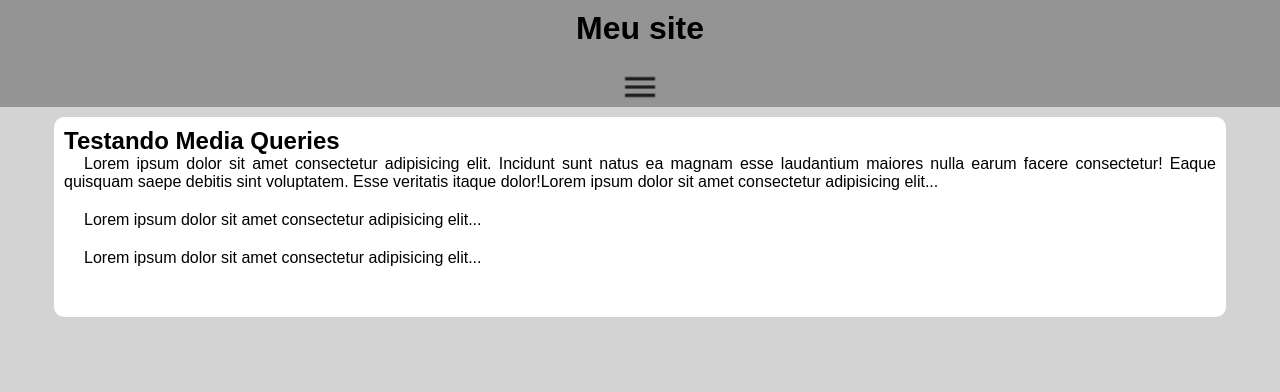
Repository: Sandro1969-tech/menu-hamburger
Page: index.html
The author's editor kept a copy of each file at every save. The page is drawn from the files as they stood at one save, then again after a run of saves.
The browser window is 1280 px wide. The pictures show the whole page.

Above is the page before, as saved 2025-12-25 19:31:38.

### index.html
<!DOCTYPE html>
<html lang="pt-br">
<head>
  <meta charset="UTF-8">
  <meta name="viewport" content="width=device-width, initial-scale=1.0">
  <title>Media Queries</title>
  <link rel="stylesheet" href="style.css">
  <style>
    .menu-icon {
      display: block;          /* transforma em bloco */
      margin: 10px auto;       /* centraliza horizontalmente */
      width: 40px;             /* ajuste o tamanho */
      cursor: pointer;
    }
    .menu-icon:hover {
      filter: invert(100%);    /* efeito simples de hover */
    }
    header h1 {
      text-align: center;
    }
    /* Menu escondido por padrão */
    #itens {
      display: none;
    }
  </style>
</head>
<body>
  <header>
    <h1>Meu site</h1>
    <!-- Ícone chama a função -->
    <img src="image/iconmenu.png" alt="Menu" class="menu-icon" onclick="clickMenu()">

    <!-- Menu com id para o JS -->
    <menu id="itens">
      <ul>
        <li><a href="#">Opção 1</a></li>
        <li><a href="#">Opção 2</a></li>
        <li><a href="#">Opção 3</a></li>
        <li><a href="#">Opção 4</a></li>
        <li><a href="#">Opção 5</a></li>
      </ul>
    </menu>
  </header>

  <main>
    <article>
      <h2>Testando Media Queries</h2>
      <p>Lorem ipsum dolor sit amet consectetur adipisicing elit. Incidunt sunt natus ea magnam esse laudantium maiores nulla earum facere consectetur! Eaque quisquam saepe debitis sint voluptatem. Esse veritatis itaque dolor!Lorem ipsum dolor sit amet consectetur adipisicing elit...</p>
      <p>Lorem ipsum dolor sit amet consectetur adipisicing elit...</p>
      <p>Lorem ipsum dolor sit amet consectetur adipisicing elit...</p>
    </article>
  </main>

  <!-- Script corrigido -->
  <script>
    function clickMenu() {
      const itens = document.getElementById('itens');
      if (itens.style.display === 'block') {
        itens.style.display = 'none';
      } else {
        itens.style.display = 'block';
      }
    }
  </script>
</body>
</html>

### style.css
@charset "UTF-8";

* {
    font-family: Arial, Helvetica, sans-serif;
    margin: 0;
    padding: 0;
}

body, html {
    background-color: lightgrey;
}

header {
    background-color: rgb(148, 148, 148);
}

header > h1 {
    padding: 10px;
    text-align: center;
}

h1 {
    padding: 10px;
    text-align: center;
}

menu {
    display: block;
}

menu > ul {
    list-style-type: none;
}

menu a {
    display: block;
    padding: 10px;
    text-decoration: none;
    background-color: rgb(87,87,87); /* corrigido */
    text-align: center;
    color: white;
    border-top: 2px solid grey;
}

menu > ul > li:hover a {
    background-color: rgba(119, 136, 153, 0.459);
}

main {
    width: 90vw;
    background-color: white;
    margin: auto;
    margin-top: 10px;
    padding: 10px;
    border-radius: 10px;
}

article {
    padding-bottom: 20px;
}

article > p {
    text-align: justify;
    margin-bottom: 20px;
    text-indent: 20px; /* corrigido */
}

After the next 4 saves:
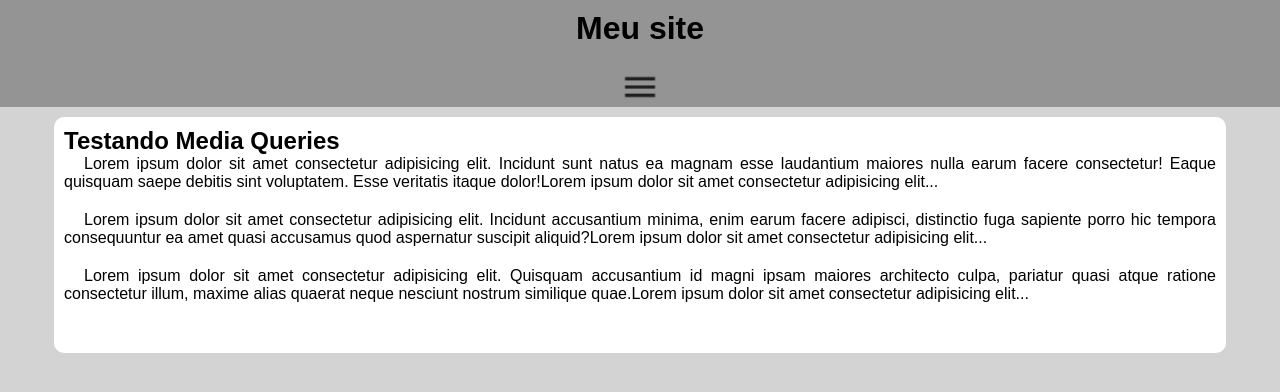
The 4 saves are shown as one change because they came seconds apart.
The last was saved 10 s later.
--- a/index.html
+++ b/index.html
@@ -46,8 +46,8 @@
     <article>
       <h2>Testando Media Queries</h2>
       <p>Lorem ipsum dolor sit amet consectetur adipisicing elit. Incidunt sunt natus ea magnam esse laudantium maiores nulla earum facere consectetur! Eaque quisquam saepe debitis sint voluptatem. Esse veritatis itaque dolor!Lorem ipsum dolor sit amet consectetur adipisicing elit...</p>
-      <p>Lorem ipsum dolor sit amet consectetur adipisicing elit...</p>
-      <p>Lorem ipsum dolor sit amet consectetur adipisicing elit...</p>
+      <p>Lorem ipsum dolor sit amet consectetur adipisicing elit. Incidunt accusantium minima, enim earum facere adipisci, distinctio fuga sapiente porro hic tempora consequuntur ea amet quasi accusamus quod aspernatur suscipit aliquid?Lorem ipsum dolor sit amet consectetur adipisicing elit...</p>
+      <p>Lorem ipsum dolor sit amet consectetur adipisicing elit. Quisquam accusantium id magni ipsam maiores architecto culpa, pariatur quasi atque ratione consectetur illum, maxime alias quaerat neque nesciunt nostrum similique quae.Lorem ipsum dolor sit amet consectetur adipisicing elit...</p>
     </article>
   </main>
 
